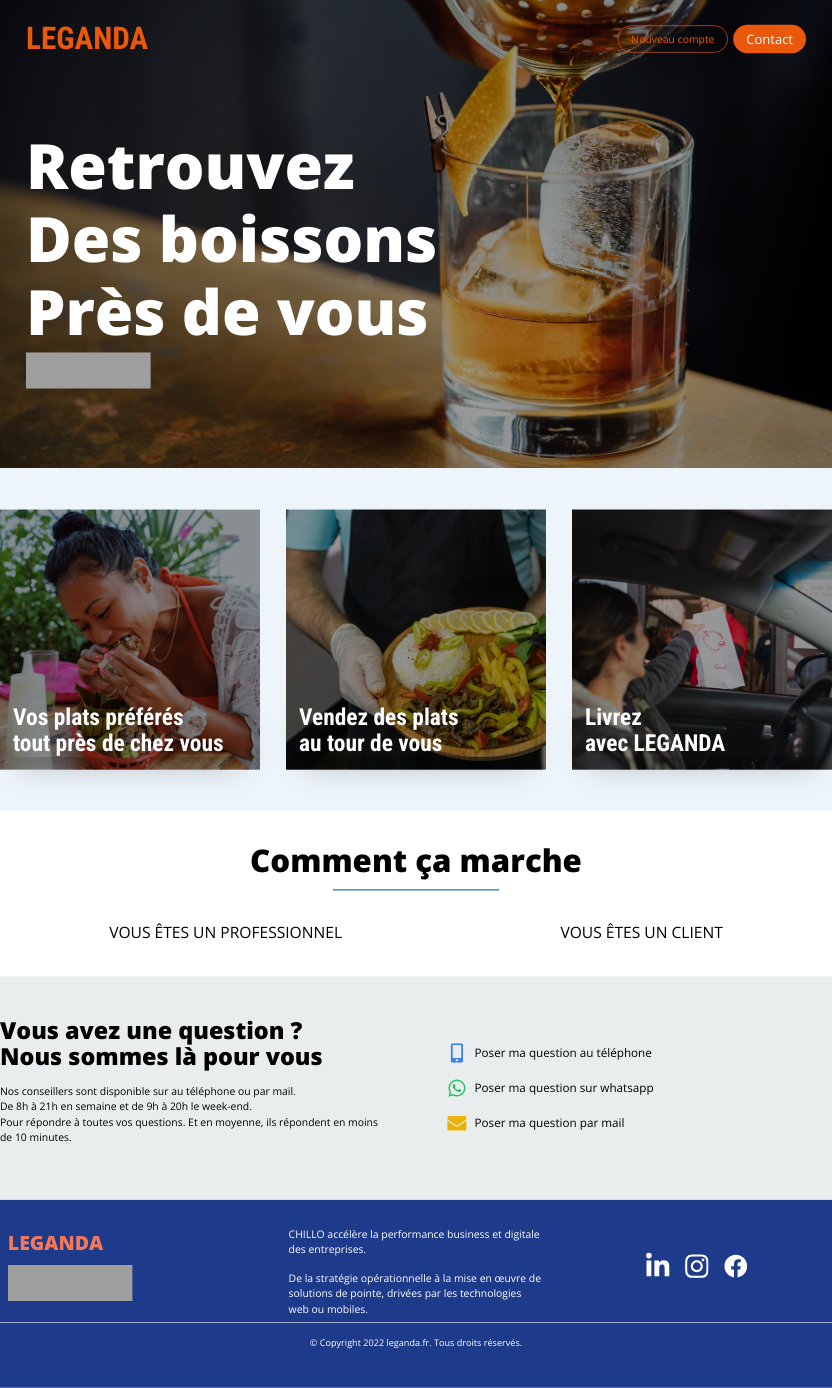
Repository: chillo-tech/website-leganda
Page: /
The author's editor kept a copy of each file at every save. The page is drawn from the files as they stood at one save, then again after the next save.
The browser window is 1280 px wide. The pictures show the whole page, at 65% of full size.
Pictures or frames that could not be fetched are drawn as grey boxes. The project was rebuilt for these pictures with package versions that can differ from the ones it lists, and the page was loaded fresh each time. Some packages were replaced by stand-ins written for this rebuild. The framework's server and built-in components were replaced by stand-ins that run in the browser. Also part of the build but not shown: next.config.js, components/header/items/SearchBar.tsx.

Above is the page before, as saved 2023-02-09 14:09:42.

### pages/_document.tsx
import { Html, Head, Main, NextScript } from 'next/document'
import Footer from '../components/footer/Footer';

export default function Document() {
	return (
		<Html className="scroll-smooth">
			<Head>
        <link rel="preconnect" href="https://fonts.googleapis.com"/>
        <link rel="preconnect" href="https://fonts.gstatic.com"/>
        <link href="https://fonts.googleapis.com/css2?family=Open+Sans:ital,wght@0,300;0,800;1,800&family=Roboto&family=Roboto+Condensed:wght@700&display=swap" rel="stylesheet"/>
        <link rel="icon" href="/favicon.ico" />
			</Head>
			<body className='flex flex-col h-screen justify-between'>
				<Main />
				<NextScript />
				<Footer />
        <script defer type="text/javascript" src="https://maps.googleapis.com/maps/api/js?key=AIzaSyBoBBvzxlRlkbfYzZcHp8ALOwBk3YjfB-I&libraries=places" />
			</body>
		</Html>
	)
}

### styles/globals.css
@tailwind base;
@tailwind components;
@tailwind utilities;
body {
  font-family: 'Open Sans', 'Roboto', sans-serif;
}
.title {
  font-family: 'Roboto Condensed', sans-serif;
}
@layer base {
  [type="text"],
  [type="email"],
  [type="url"],
  [type="password"],
  [type="number"],
  [type="date"],
  [type="datetime-local"],
  [type="month"],
  [type="search"],
  [type="tel"],
  [type="time"],
  [type="week"],
  [multiple],
  textarea,
  select {
    @apply w-full border-gray-300 rounded-lg shadow-sm focus:border-blue-500 focus:ring-blue-500;
  }
  [type="checkbox"],
  [type="radio"] {
    @apply border-gray-300 rounded text-blue-600 focus:ring-blue-500;
  }
}

.bg-site-blue {
    background-color: #86aec0;
    color: #000000;
}

.bg-site-orange {
    background-color: #f6ac9f;
}

.color-site-blue {
   color: #86aec0;
}

.color-site-orange {
    color: #f2785c;
}

.home-page-article {
  min-height: 400px;
}

### context/search-context-provider.tsx
import { SearchParams } from '../types';
import { Context,createContext, useMemo, useReducer, useCallback } from 'react'
import SearchReducer from './SearchReducer';
import { Param } from '../types/Param';
import { INITIAL_STATE, UPDATE_SEARCH_CRITERIA } from '../utils';
import { SearchContextData } from '../types/SerchContextData';
type Props = {
  children: JSX.Element,
};
export const SearchContext = createContext<SearchContextData>({state: INITIAL_STATE});
function SearchContextProvider({children}: Props) {
  const [state, dispatch] = useReducer(SearchReducer, INITIAL_STATE);

  const update = useCallback(
    (data: Param) =>
      dispatch({
        type: UPDATE_SEARCH_CRITERIA,
        data
      }),
    [],
  );
  const value = useMemo(
    () => ({state, update }),
    [state,update],
  );
  return (
    <SearchContext.Provider value={value}>
      {children}
    </SearchContext.Provider>
  )
}

export default SearchContextProvider;

### components/footer/Footer.tsx

import React from 'react';
import { FaFacebook, FaInstagram, FaLinkedinIn } from 'react-icons/fa';
import Link from 'next/link'
import { cn, STORES } from '../../utils';
import Image from 'next/image';
function Footer() {
	return (
			<footer className="bg bg-blue-900 text-white pb-10 pt-10 font-extralight flex flex-col" id="a-propos-de-nous">
				<div className="container mx-auto px-3">
					<div className="grid grid-cols-1 gap-10 md:grid-cols-3 md:p-0 items-center">
						<div className="presentation">
              <Link href='/' className='mb-5 color-site-orange uppercase font-extrabold text-3xl'>LEGANDA
              </Link>
              <p className="flex py-4 items-center justify-center md:justify-start">
                {STORES.filter((item: any) => item.active).map((item: any, index: number) => (
                    <Link
                        href="#"
                        target="_blank"
                        key={`liens-${index}`}
                        className="block items-center py-2 w-48 h-14 relative">
                      <Image
                          fill={true}
                          src={`/images/${item.image}`}
                          alt={item?.label}
                      />
                    </Link>
                ))}
              </p>
						</div>
						<div className="presentation">
							<p className='mb-5'>CHILLO accélère la performance business et digitale des entreprises. </p>
							<p>De la stratégie opérationnelle
								à la mise en œuvre de solutions de pointe, drivées par les technologies web ou mobiles.</p>
						</div>
						<div className="presentation flex flex-col items-center justify-center">
							<div className='px-10 flex items-center justify-between text-center'>
								<FaLinkedinIn color='text-slate-300' className='px-3 text-6xl'/>
								<FaInstagram className='px-3 text-6xl'/>
								<FaFacebook className='px-3 text-6xl'/>
							</div>
							<div className='py-2'>

							</div>
						</div>
					</div>
				</div>
				<div className="copyright border-top-1 mt-2 font-light">
					<div className="container py-5 text-sm mx-auto text-center border-solid border-t border-slate-200">
						&copy; Copyright {(new Date()).getFullYear()} leganda.fr. Tous droits réservés.
					</div>
				</div>
			</footer>

	);
}

export default Footer;

### components/questions/Questions.tsx
import Link from 'next/link'
import React from 'react'
import { FaEnvelope, FaMobileAlt, FaWhatsapp } from 'react-icons/fa'

function Questions() {
  return (
    <section className='py-16 bg-app-light-green'>
        <div className="container grid md:grid-cols-2 md:gap-24 items-center px-3 md:px-0">
          <article>
            <h2 className='md:text-4xl text-3xl font-semibold text-black'>
              <p className='p-0 m-0'>Vous avez une question ?</p>
              <p className='p-0 m-0'>Nous sommes là pour vous</p>
            </h2>
            <div className='py-5'>
              <p className='p-0 m-0'>Nos conseillers sont disponible sur au téléphone ou par mail.</p>
              <p className='p-0 m-0'>De 8h à 21h en semaine et de 9h à 20h le week-end.</p>
              <p className='p-0 m-0'>Pour répondre à toutes vos questions. Et en moyenne, ils répondent en moins de 10 minutes.</p>
            </div>
          </article>
          <article>
              <Link href="tel:0033761705745" className='py-3 text-lg flex'>
                  <FaMobileAlt className='text-3xl text-blue-500 mr-3' /> Poser ma question au téléphone
              </Link>
              <Link href="whatsapp:0033761705745" className='py-3 text-lg flex'>
                  <FaWhatsapp className='text-3xl text-green-500 mr-3' /> Poser ma question sur whatsapp
              </Link>
              <Link href="mailto:armelle.leganda@gmail.com" className='py-3 text-lg flex'>
                  <FaEnvelope className='text-3xl text-yellow-500 mr-3' /> Poser ma question par mail
              </Link>
          </article>
        </div>
    </section>
  )
}

export default Questions

### components/header/Header.tsx
import { faPhone, faUser } from '@fortawesome/free-solid-svg-icons'
import { FontAwesomeIcon } from '@fortawesome/react-fontawesome'
import Link from 'next/link'
import React from 'react'
import SearchBar from './items/SearchBar'

function Header({withSearchBar = true}: {withSearchBar?: boolean}) {
  return (
    <header className="container py-4">
       <nav className='flex justify-between items-center'>
        <Link href="/" className='text-orange-600 uppercase title text-5xl'>LEGANDA
        </Link>
        {withSearchBar ? <SearchBar /> : null }
        <ul className='md:flex justify-between items-center hidden'>
          <li>
            <Link href="/" className='border border-orange-600 rounded-3xl px-5 py-2 text-orange-600 flex justify-between items-center'>
                <FontAwesomeIcon icon={faUser} className="hidden border-none text-xs mr-2" size='xs' />
                Nouveau compte
            </Link>
          </li>
          <li  className='ml-2'>
          <Link href="/" className='bg-orange-600 rounded-3xl text-xl px-5 font-medium py-2 flex text-white'>
              <FontAwesomeIcon icon={faPhone} className="hidden border-none mr-2"/>
              Contact
          </Link>
          </li>
        </ul>
      </nav>
    </header>
  )
}

export default Header

### utils/index.ts
export * from './clear-string';
export * from './DateFormat';
export * from './isValidPhoneNumber';
export * from './isValidEmail';
export * from './Endpoints';
export * from './Data';
export * from './request-options';

### components/tabs/index.tsx
import classNames from 'classnames';
import React, { useState } from 'react'
import SectionTitle from '../shared/SectionTitle';

function Tabs({items}: any) {
  const [activeTab, setActiveTab] = useState("tab-0");
  const handleClick = () => {

  }
  return (
    <section className='container px-3 md:px-0 py-10'>
      <SectionTitle text='Comment ça marche' />
      <ul className='flex justtify-center items-center'>
        {items.map((item: any, index: number) => (
          <li key={`tab-${index}`} className={
              classNames(
                'grow border-b-4',
                { 'bg-white border-white': activeTab === `tab-${index}` },
                { 'bg-white border-white': activeTab !== `tab-${index}` }
                )
              }>
            <button id={`tab-${index}`} type='button' className='uppercase w-full py-2 text-2xl' onClick={handleClick}>{item.label}</button>
          </li>
        ))}
      </ul>
    </section>
  )
}

export default Tabs

### utils/how-it-works.ts
const HOW_IT_WORKS: any = [
  {
    "label": "Vous êtes un professionnel"
  },
  {
    "label": "Vous êtes un client"
  }
]

export {HOW_IT_WORKS}

### context/SearchReducer.ts
import { UPDATE_SEARCH_CRITERIA } from './../utils/Data';
import { Action } from './../types/Action';
import { SearchParams } from "../types";

function SearchReducer (state: SearchParams, action: Action){
  switch(action.type){
    case UPDATE_SEARCH_CRITERIA: {
        return {
          ...state,
          [action.data.key]: action.data.value
        }
    }
  }
  return state;
}

export default SearchReducer;

### utils/clear-string.ts
export const cleanString = (entry: string) => {
	return entry ? entry.replace(/^[\s\uFEFF\xA0]+|[\s\uFEFF\xA0]+$/g, '') : '';
}

### utils/DateFormat.ts
export const getFormattedDate = (entry: Date) => {
	const year = entry.getFullYear();
	const month = `0${entry.getMonth() + 1}`.slice(-2);
	const day = `0${entry.getDate()}`.slice(-2);
	return `${day}/${month}/${year}`;
};

export const getFormattedTime = (entry: Date) => {
	const hours = `0${entry.getHours()}`.slice(-2);
	const minutes = `0${entry.getMinutes()}`.slice(-2);
	return `${hours}:${minutes}`;
};

const getWeekNumber = (entry: Date) => {
	// Copy date so don't modify original
	const date = new Date(Date.UTC(entry.getFullYear(), entry.getMonth(), entry.getDate()));
	// Set to nearest Thursday: current date + 4 - current day number
	// Make Sunday's day number 7
	date.setUTCDate(date.getUTCDate() + 4 - (date.getUTCDay() || 7));
	// Get first day of year
	const yearStart = new Date(Date.UTC(date.getUTCFullYear(), 0, 1));
	// Calculate full weeks to nearest Thursday
	return Math.ceil((((Number(date) - Number(yearStart)) / 86400000) + 1) / 7);
	// Return array of year and week number

}

export const getDayAndMonthLabel = (entry: Date) => {
	const days = ['Dimanche', 'Lundi', 'Mardi', 'Mercredi', 'Jeudi', 'Vendredi', 'Samedi'];
	const months = ["Jan.", "Fev.", "Mars", "Avr.", "MaI", "Juin",
		"Jul.", "Août", "Sep.", "Oct.", "Nov.", "Dec."
	];
	return [days[entry.getDay()], months[entry.getMonth()]];
}

export const getDisplayedDate = (entry: string = "") => {
	if (!entry.trim().length) {
		return entry;
	}
	const adWeekNo = getWeekNumber(new Date(entry));
	const todayWeekNo = getWeekNumber(new Date());
	if ((adWeekNo - todayWeekNo) > 1) {
		const [dayOfDate, month, year] = getFormattedDate(new Date(entry)).split('/');
		const [dayOfWeekLabel, monthLabel] = getDayAndMonthLabel(new Date(entry));
		return `${dayOfWeekLabel}, ${dayOfDate} ${monthLabel}`;
	} else {
		const [dayOfWeekLabel] = getDayAndMonthLabel(new Date(entry));
		return dayOfWeekLabel;
	}
};

### utils/isValidPhoneNumber.ts
export const isValidPhoneNumber = (value: string) => {
	const PHONE_REGEXP = /^0[6|7]\d{8}$/
	return PHONE_REGEXP.test(value);
}

### utils/isValidEmail.ts
export const isValidEmail = (value: string) => {
	const EMAIL_REGEXP = /^\S+@\S+\.\S+$/;
	return value.trim().length ? EMAIL_REGEXP.test(value) : true;
}

### utils/Endpoints.ts
export const LOCAL_DNS = 'http://192.168.111.244:9090';//verifier ipconfig avant d'exécuter
export const PROD_DNS = "https://api.leganda.chillo.fr";
export const IMAGES_URL = `${PROD_DNS}/assets`;
export const BACKOFFICE_URL = `${PROD_DNS}/api/v1`;
export const ADS_ENDPOINT = "ad";
export const FAVORITE_ENDPOINT = "favorite";
export const ACCOUNT_ENDPOINT = "account";
export const ADDRESS_ENDPOINT = "address";
export const CATEGORY_ENDPOINT = "category";
export const GOOGLE_PACES_API_BASE_URL = 'https://maps.googleapis.com/maps/api/place';
export const GOOGLE_PACES_API_KEY = 'AIzaSyBoBBvzxlRlkbfYzZcHp8ALOwBk3YjfB-I';
export const MAP_ZOOM = 10;
export const GOOGLE_PACES_CENTER_COORDINATES = {lat: 48.117266,lng: -1.677793};

### utils/Data.ts
import {EMAIL, PHONE} from "./providers";
export const CATEGORY_BGCOLORS = [ "#BCA1F2", "#BCDDE4", "#CFEACB", "#F4E169"];
export const PLUS_FAVORITES_UPDATED = "Super cette annonce a été ajoutée à vos favoris";
export const REMOVE_FAVORITES_UPDATED = "Cette annonce a été retirée de vos favoris";
export const AUTHENTICATED_USER = "authenticatedUser";
export const MAPBOX_ACCESSTOKEN = "pk.eyJ1IjoiYWNoaWxsZW1ib3VndWVuZyIsImEiOiJja3Zvd3EzcmswaThkMnZrZ25iYmtveDBhIn0.pDR7pKL18d3iz5NoaRmWYg";
export const RESET_AD = "RESET_AD";
export const DELETE_KEY = "DELETE_KEY";
export const SET_NUMBER_OF_CHILDREN = "SET_NUMBER_OF_CHILDREN";
export const SET_ADS = "SET_ADS";
export const SET_CATS = "SET_CATS";
export const SET_CAT = "SET_CAT";
export const SET_AD = "SET_AD";
export const SET_SELECTED_ITEM_ID = "SET_SELECTED_ITEM_ID";
export const SET_STEP_INDEX = "SET_STEP_INDEX";
export const UPDATE_AD = "UPDATE_AD";
export const UPDATE_SEARCH_CRITERIA = "UPDATE_SEARCH_CRITERIA";
export const UPDATE_USER_INFOS = "UPDATE_USER_INFOS";
export const USER_TOKEN = "USER_TOKEN";
export const SIGN_IN = 'SIGN_IN';
export const SIGN_OUT = 'SIGN_OUT';
export const SIGN_UP = 'SIGN_UP';
export const RECOMMEND_TEXT = "Bonjour, j'ai découvert cette application qui a de belles annonces. Je te la recommande";
export const RESTORE_TOKEN = "RESTORE_TOKEN";
export const AD_PLACEHOLDER = ["Taro du dimanche", "20kg à destination de Yaoundé", "Carton de Guinness", "Stage de developpeur"];
export const STORES = [
	{
		image: 'google-app-store-badge.svg',
		active: true,
		path: '#',
		label: 'LEGANDA sur PLAY STORE'
	},
	{
		image: 'apple-app-store-badge.svg',
		active: false,
		path: '#',
		label: 'LEGANDA sur APPLE STORE'
	}
]
export const HEADERS_ITEMS = [
	{
		image: '/images/food.jpeg',
		active: true,
		label: 'Des mets'
	},
	{
		image: '/images/drinks.jpeg',
		active: false,
		label: 'Des boissons'
	},
	{
		image: '/images/spices.jpeg',
		active: false,
		label: 'Des épices'
	},
	{
		image: '/images/service.jpeg',
		active: false,
		label: 'Des services'
	}
]
export const INITIAL_STATE = {
		address: {city: ''}
}

export const HELP_LINK = {
	whatsapp: `whatsapp://send?text=&phone=${PHONE}`,
	sms: `sms:${PHONE}`,
	mail: `mailto:${EMAIL}`,
	phone: `tel:${PHONE}`
}

export const SHARE_LINK = {
	whatsapp: `whatsapp://send?text=`,
	sms: `sms:body=`,
	mail: `mailto:${EMAIL}`,
	phone: `tel:${PHONE}`
}

export const MORESCREEN_DATA = [
	{
		id: 'recommendations',
		title: "Recommandations",
		items: [
			{
				id: '587',
				icon: 'thumbs-up',
				name: 'sms',
				action: 'recommend',
				title: 'Recommandez notre application',
			},
			{
				id: '588',
				icon: 'facebook',
				name: 'facebook',
				action: 'recommend',
				title: 'Aimez notre page facebook',
			},
			{
				id: '589',
				icon: 'thumbs-up',
				name: 'like',
				action: 'recommend',
				title: 'Notez nous sur le store',
			}
		]
	},
	{
		id: 'assistance',
		title: "assistance",
		items: [
			{
				id: '386',
				icon: 'whatsapp',
				name: 'whatsapp',
				action: 'help',
				title: 'Posez votre question via whatsapp',
			},
			{
				id: '387',
				icon: 'sms',
				name: 'sms',
				action: 'help',
				title: 'Posez votre question  par sms',
			},
			{
				id: '389',
				name: 'mail',
				action: 'help',
				icon: 'envelope',
				title: 'Envoyez nous un mail',
			},
			{
				id: '388',
				icon: 'phone-alt',
				name: 'phone',
				action: 'help',
				title: 'Appelez nous',
			}
		]
	}
]

export const loaderProp =({ src }: {src: string}) => {
  console.log('====================================');
  console.log(src);
  console.log('====================================');
  return src;
}
export const cn = (...classes: string[]) =>{
  return classes.filter(Boolean).join(' ')
}

### utils/request-options.ts
export const getHeaders = () => ({
	'X-Requested-With': 'XMLHttpRequest',
	'Content-Type': 'application/x-www-form-urlencode',
	Accept: "application/json"
});

### components/shared/SectionTitle.tsx
import React from 'react'

function SectionTitle( {text, underline = true}: {underline?: boolean, text: string}) {
  return (
    <h2 className="flex flex-col items-center justify-center md:mb-10">
      <span className='px-10 py-3 text-center font-bold text-3xl md:text-5xl'>
        {text}
      </span>
      { underline ? (<span className='border-b-2 border-app-blue px-10 w-64 mt-2'/>) : null }
    </h2>
  )
}

export default SectionTitle

### utils/providers.ts


export const PHONE = "+33761705745";
export const EMAIL = "achille.mbougueng@yahoo.fr";

export const OPENCAGE_GEOCODE_API = "https://api.opencagedata.com/geocode/v1/json";
export const OPENCAGE_API_KEY = "2dd86530d37b4cf3a321d24e6c624a40";

export const MAPBOX_API_KEY = "pk.eyJ1IjoiYWNoaWxsZW1ib3VndWVuZyIsImEiOiJja3Zvd3EzcmswaThkMnZrZ25iYmtveDBhIn0.pDR7pKL18d3iz5NoaRmWYg";
export const MAPBOX_PLACES = "https://api.mapbox.com/geocoding/v5/mapbox.places";

Loaded but not shown: pages/_app.tsx (common file); tailwind.config.js (38 lines, source omitted); pages/index.tsx (146 lines, source omitted)

After the next save:
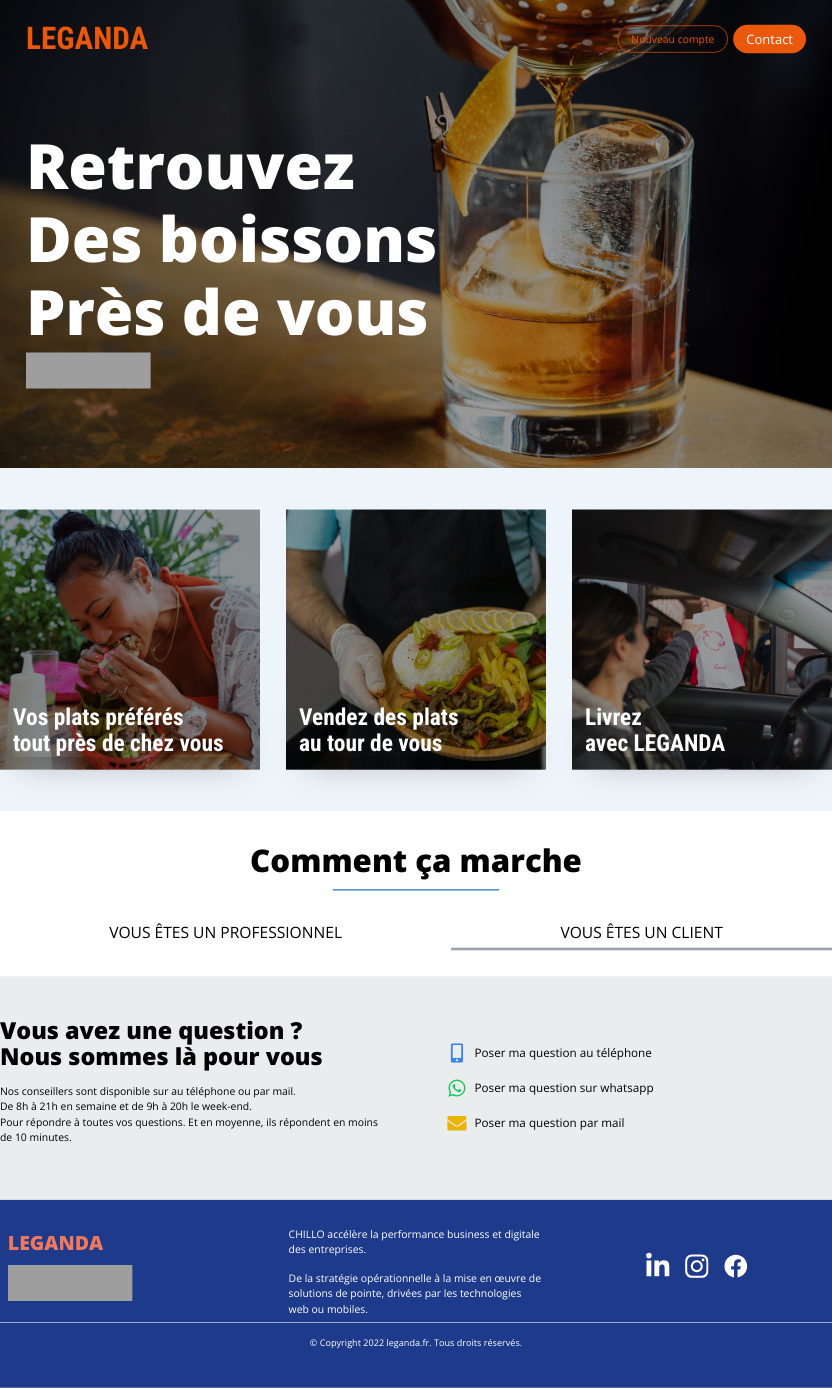
Saved 17 s later.
--- a/components/tabs/index.tsx
+++ b/components/tabs/index.tsx
@@ -16,7 +16,7 @@
               classNames(
                 'grow border-b-4',
                 { 'bg-white border-white': activeTab === `tab-${index}` },
-                { 'bg-white border-white': activeTab !== `tab-${index}` }
+                { 'bg-white border-gray-400': activeTab !== `tab-${index}` }
                 )
               }>
             <button id={`tab-${index}`} type='button' className='uppercase w-full py-2 text-2xl' onClick={handleClick}>{item.label}</button>

After the save that followed:
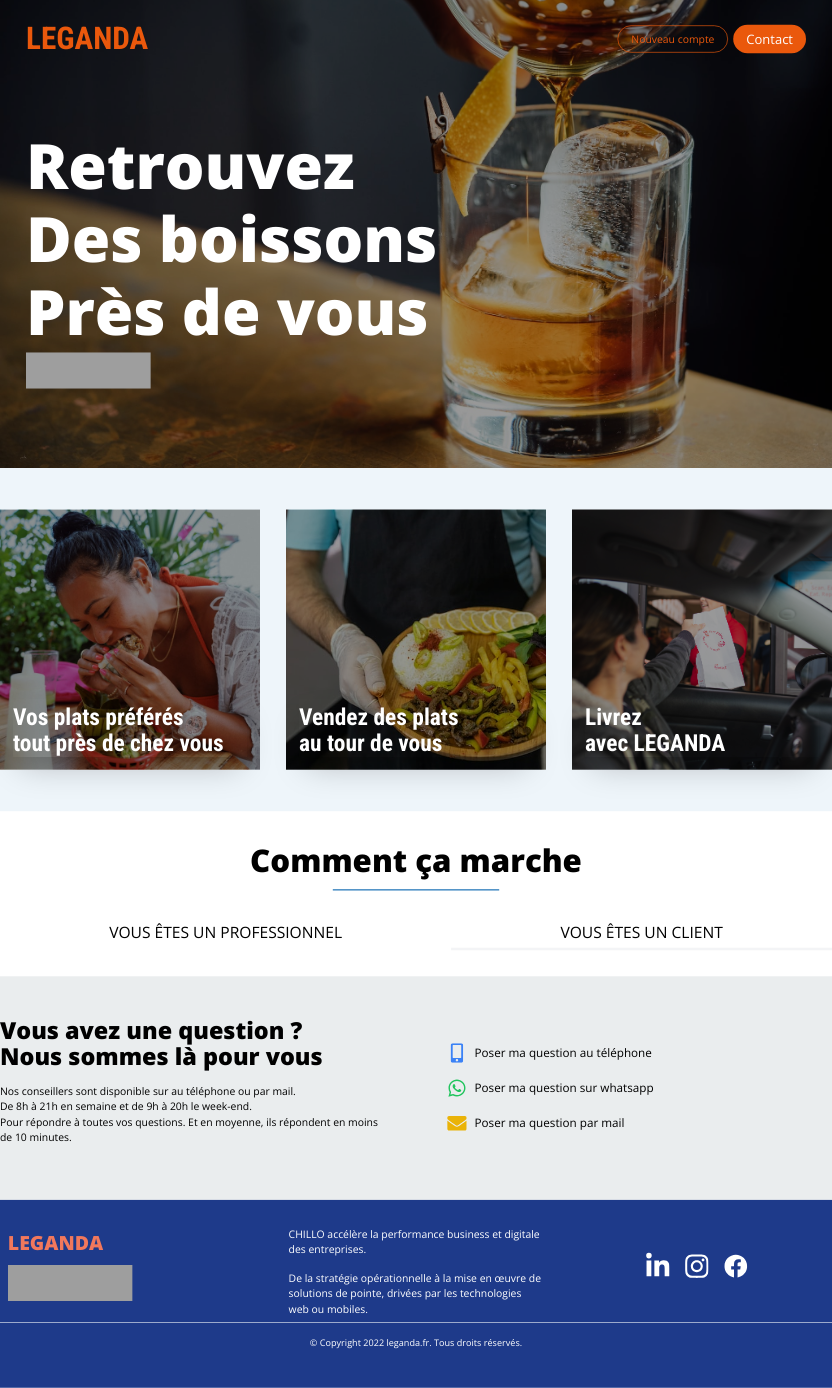
Saved 4 s later.
--- a/components/tabs/index.tsx
+++ b/components/tabs/index.tsx
@@ -16,7 +16,7 @@
               classNames(
                 'grow border-b-4',
                 { 'bg-white border-white': activeTab === `tab-${index}` },
-                { 'bg-white border-gray-400': activeTab !== `tab-${index}` }
+                { 'bg-white border-gray-100': activeTab !== `tab-${index}` }
                 )
               }>
             <button id={`tab-${index}`} type='button' className='uppercase w-full py-2 text-2xl' onClick={handleClick}>{item.label}</button>
